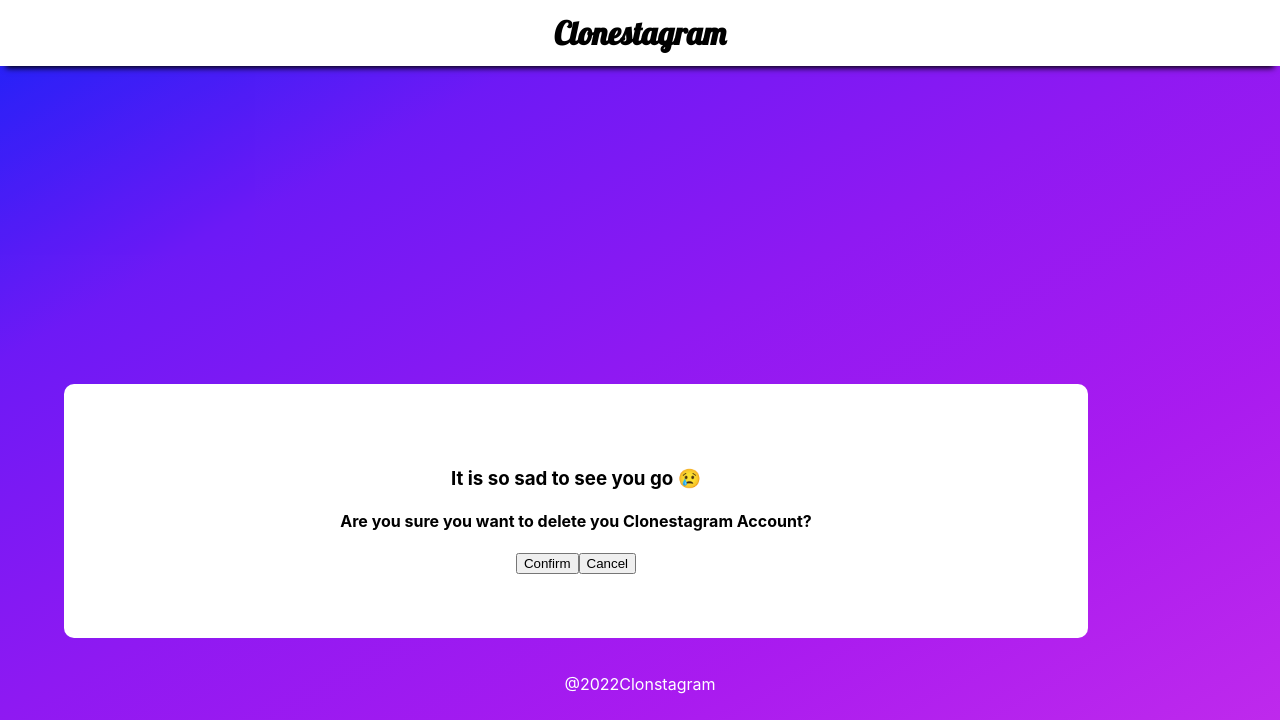
Repository: MikeMoore55/clonestagram
Page: /delaccount
An editor plug-in stored every save of this project. The page is shown before and after the next save, followed by the edit.
The browser window is 1280 px wide. The pictures show the whole page.
The page's requests for data from a server got no answer. The project was rebuilt for these pictures with package versions that can differ from the ones it lists, and the page was loaded fresh each time. The framework's server and built-in components were replaced by stand-ins that run in the browser. No one was signed in, and anything a server would have sent is missing. Also part of the build but not shown: next.config.js.

Above is the page before, as saved 2022-11-24 09:02:56.

### pages/_app.jsx
import Layout from '../components/Layout/Layout';
import '../styles/globals.css';

export default function MyApp({ Component, pageProps }) {
  return (
    <Layout>
      <Component {...pageProps} />
    </Layout>
  );
};

### pages/delaccount.jsx
import React from 'react';
import Link from 'next/link';
import Router,{useRouter} from 'next/router';
import { SupaBaseDB } from '../utils/dbconnect';
import { parseCookies } from '../helpers/cookie';
import styles from '../styles/DelAccount.module.css';
import Footer from '../components/Layout/Footer'

export default function DelAccount( { data } ) {
    const router = useRouter();
    const id = [data];
    function extractId(arr, prop) {
        const extractedValue = arr.map(item => item[prop]);
        return extractedValue;
    }

    const cookieId = extractId(id, 'user');
    const userId = cookieId.toString();

    console.log(userId);

    const delAccount = async () => {

        // delete the account of user
        const account = await SupaBaseDB
            .from("account")
            .delete()
            .eq("account_id", userId);

        // delete all the posts of user too
        const posts = await SupaBaseDB
            .from("posts")
            .delete()
            .eq("user_id", userId);

        if (account.error) {
            console.log(account.error['message']);
        }
        else if (posts.error) {
            console.log(posts.error["message"]);
        }
        else {
            console.log('account deleted successfully');
            router
                .push({
                    pathname: '/', // when successful take to the feed page
                });
        }
    }

    return (
        <div className={styles.container}>
            <div className={styles.block}>
                <h3 className={styles.heading1}>It is so sad to see you go 😢</h3>
                <h4 className={styles.heading2}>Are you sure you want to delete you Clonestagram Account?</h4>
                <button className={styles.confirm} onClick={() => delAccount()}>Confirm</button>
                <button className={styles.cancel}><Link href={'/home'}>Cancel</Link></button>
            </div>
            {/* for a cool background effect */}
            <div className={styles.backgroundFeature}>
                1
            </div>
            <Footer/>
        </div>
    );
};

export async function getServerSideProps({ req, res }) {
    const data = parseCookies(req);

    if (res) {
        if (Object.keys(data).length === 0 && data.constructor === Object) {
            res.writeHead(301, { Location: "/signin" });
            res.end();
        }
    }

    return {
        props: {
            data: data && data,
        }
    };
};

// del from supabase
// take to index page

### components/Layout/Layout.jsx
import React from 'react';
import Header from './Header';

// layout across app
export default function Layout({children}) {
  return (
    <div id='Layout'>
      <Header />
      {children}
    </div>
  );
};

### styles/globals.css
html,
body {
  padding: 0;
  margin: 0;
  font-family: -apple-system, BlinkMacSystemFont, Segoe UI, Roboto, Oxygen,
    Ubuntu, Cantarell, Fira Sans, Droid Sans, Helvetica Neue, sans-serif;
}

a {
  color: inherit;
  text-decoration: none;
}

* {
  box-sizing: border-box;
}

@media (prefers-color-scheme: dark) {
  html {
    color-scheme: dark;
  }

  body {
    color: black;
    background: rgb(234, 233, 233);
  }
}

### utils/dbconnect.js
import { createClient } from "@supabase/supabase-js";

const supabaseUrl = process.env.NEXT_PUBLIC_SUPABASE_URL;
const supabaseApi = process.env.NEXT_PUBLIC_SUPABASE_API_KEY;

export const SupaBaseDB = createClient(supabaseUrl, supabaseApi);

### helpers/cookie.js
import cookie from "cookie";

export function parseCookies(req) {
    return cookie.parse(req ? req.headers.cookie || "" : document.cookie)
}

### styles/DelAccount.module.css
.container {
    position: relative;
    width: 100%;
    padding-top: 20%;
}

.block {
    position: relative;
    width: 80%;
    margin: 10% 5% 5% 5%;
    text-align: center;
    background-color: white;
    border-radius: 10px;
    padding: 5% 5% 5% 5%;
}

.backgroundFeature {
    position: fixed;
    color: transparent;
    background-image: linear-gradient(to right bottom, #000bf8, #5e00f5, #8300f1, #a002ee, #b812eb);
    width: 100%;
    height: 100%;
    bottom: 0%;
    right: 0%;
    top: 0%;
    left: 0%;
    z-index: -1;
    opacity: 0.9;
}

### components/Layout/Footer.jsx
import React from 'react';
import styles from '../../styles/Footer.module.css';

export default function Footer() {
    return (
        <footer className={styles.footer}>
            @2022Clonstagram
        </footer>
    );
};

### components/Layout/Header.jsx
import React from 'react';
import styles from '../../styles/Header.module.css';

export default function Header() {
    return (
        <header className={styles.header}>
            <h1>Clonestagram</h1>
        </header>
    );
};

### styles/Footer.module.css
.footer {
    position: fixed;
    bottom: 0%;
    left: 0%;
    right: 0%;
    width: 100%;
    text-align: center;
    color: white;
    padding: 2%;
}

@media (min-width: 490px) {
    .footer {
        font-size: 1.7em;
    }
}

@media (min-width: 1000px) {
    .footer {
        font-size: 1em;
    }
}

### styles/Header.module.css
@font-face {
    font-family: 'Lobster';
    src: url(../assets/Lobster/Lobster-Regular.ttf);
}

.header {
    position: fixed;
    top: 0%;
    left: 0%;
    right: 0%;
    width: 100%;
    text-align: center;
    background-color: white;
    box-shadow: 0 8px 6px -6px black;
    z-index: 5;
    margin: 0%;
    padding: 3.5%;
}

.header h1 {
    margin: 0%;
    padding: 0%;
    font-family: 'Lobster', cursive;
    color: black;
    font-weight: 800;
}


@media (min-width: 490px) {
    .header {
        padding: 3%;
    }

    .header h1 {
        font-size: 2.7em;
    }
}

@media (min-width: 1000px) {
    .header {
        padding: 1%;
    }

    .header h1 {
        font-size: 2em;
    }
}

After the next save:
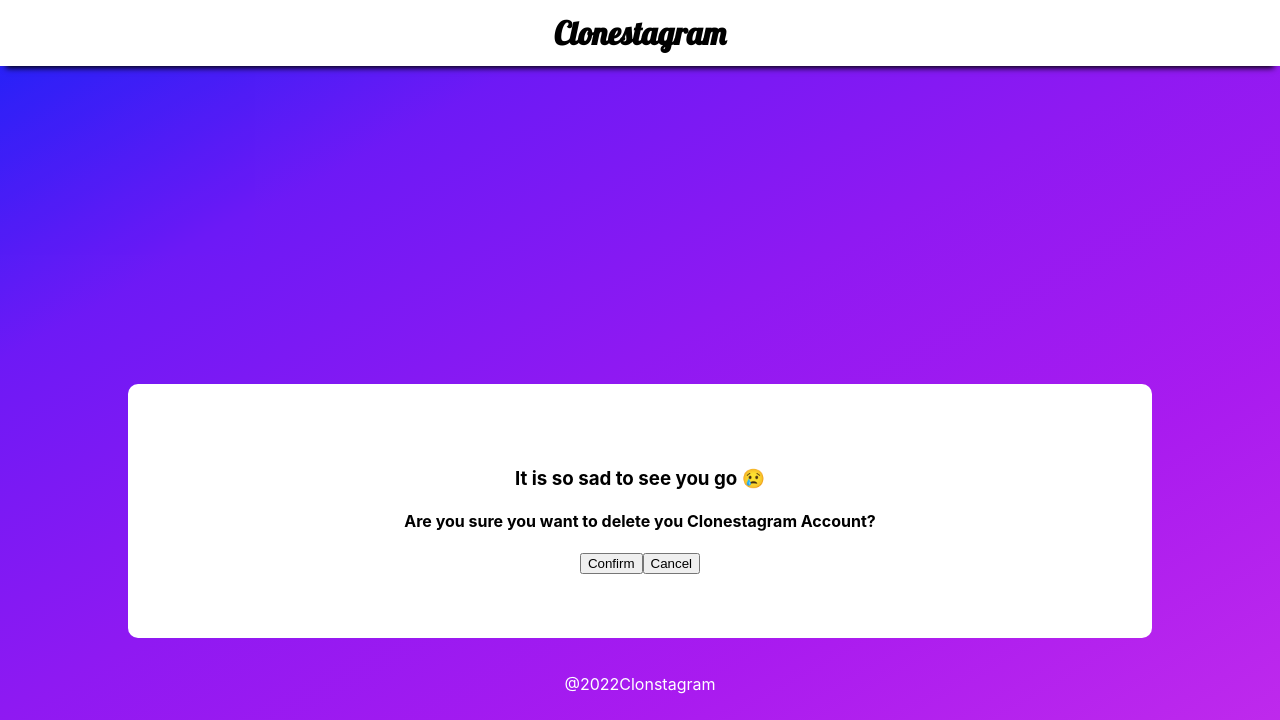
Saved 18 s later.
--- a/styles/DelAccount.module.css
+++ b/styles/DelAccount.module.css
@@ -7,7 +7,7 @@
 .block {
     position: relative;
     width: 80%;
-    margin: 10% 5% 5% 5%;
+    margin: 10% 10% 5% 10%;
     text-align: center;
     background-color: white;
     border-radius: 10px;
